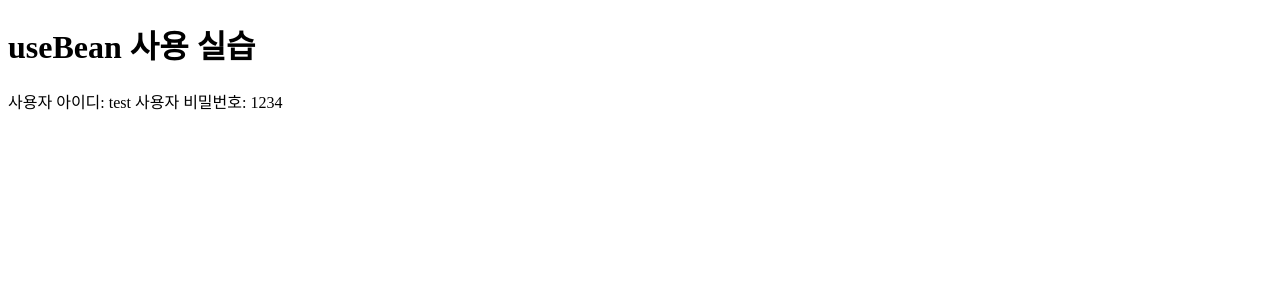
Repository: jb7959/struts_jsp_study
Page: http://localhost/08Chapter_useBean/useBean3.jsp
The author's editor kept a copy of each file at every save. The page is drawn from the files as they stood at one save, then again after the next save.
The browser window is 1280 px wide. The pictures show the whole page.
The page is served by Tomcat 9.

Above is the page before, as saved 2015-10-01 04:58:48.

### 08Chapter_useBean/WebContent/useBean3.jsp
<%@ page language="java" contentType="text/html; charset=EUC-KR"
    pageEncoding="EUC-KR"%>
<!DOCTYPE html PUBLIC "-//W3C//DTD HTML 4.01 Transitional//EN" "http://www.w3.org/TR/html4/loose.dtd">
<html>
<jsp:useBean id="myBean" class="com.bean.LoginBean" scope="session" /> <!-- 액션태그 사용 -->
<head>
<meta http-equiv="Content-Type" content="text/html; charset=EUC-KR">
	<title>useBean 실습</title>
</head>
<body>
	<h1>useBean 사용 실습</h1>

	<%
		myBean.setUserid("test");
		myBean.setPasswd("1234");

	%>

	사용자 아이디: <%= myBean.getUserid() %>
	사용자 비밀번호: <%= myBean.getPasswd() %>
</body>
</html>

### 08Chapter_useBean/src/com/bean/LoginBean.java
package com.bean;

import java.io.Serializable;

public class LoginBean {
	private String userid;
	private String passwd;

	public LoginBean(){}

	public String getUserid() {
		return userid;
	}

	public void setUserid(String userid) {
		this.userid = userid;
	}

	public String getPasswd() {
		return passwd;
	}

	public void setPasswd(String passwd) {
		this.passwd = passwd;
	}


}

After the next save:
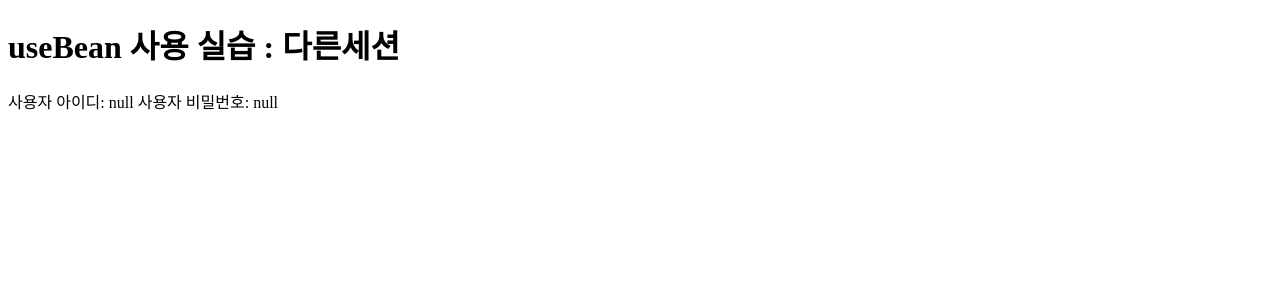
Saved 45 s later.
--- a/08Chapter_useBean/WebContent/useBean3.jsp
+++ b/08Chapter_useBean/WebContent/useBean3.jsp
@@ -8,13 +8,7 @@
 	<title>useBean 실습</title>
 </head>
 <body>
-	<h1>useBean 사용 실습</h1>
-
-	<%
-		myBean.setUserid("test");
-		myBean.setPasswd("1234");
-
-	%>
+	<h1>useBean 사용 실습 : 다른세션</h1>
 
 	사용자 아이디: <%= myBean.getUserid() %>
 	사용자 비밀번호: <%= myBean.getPasswd() %>
